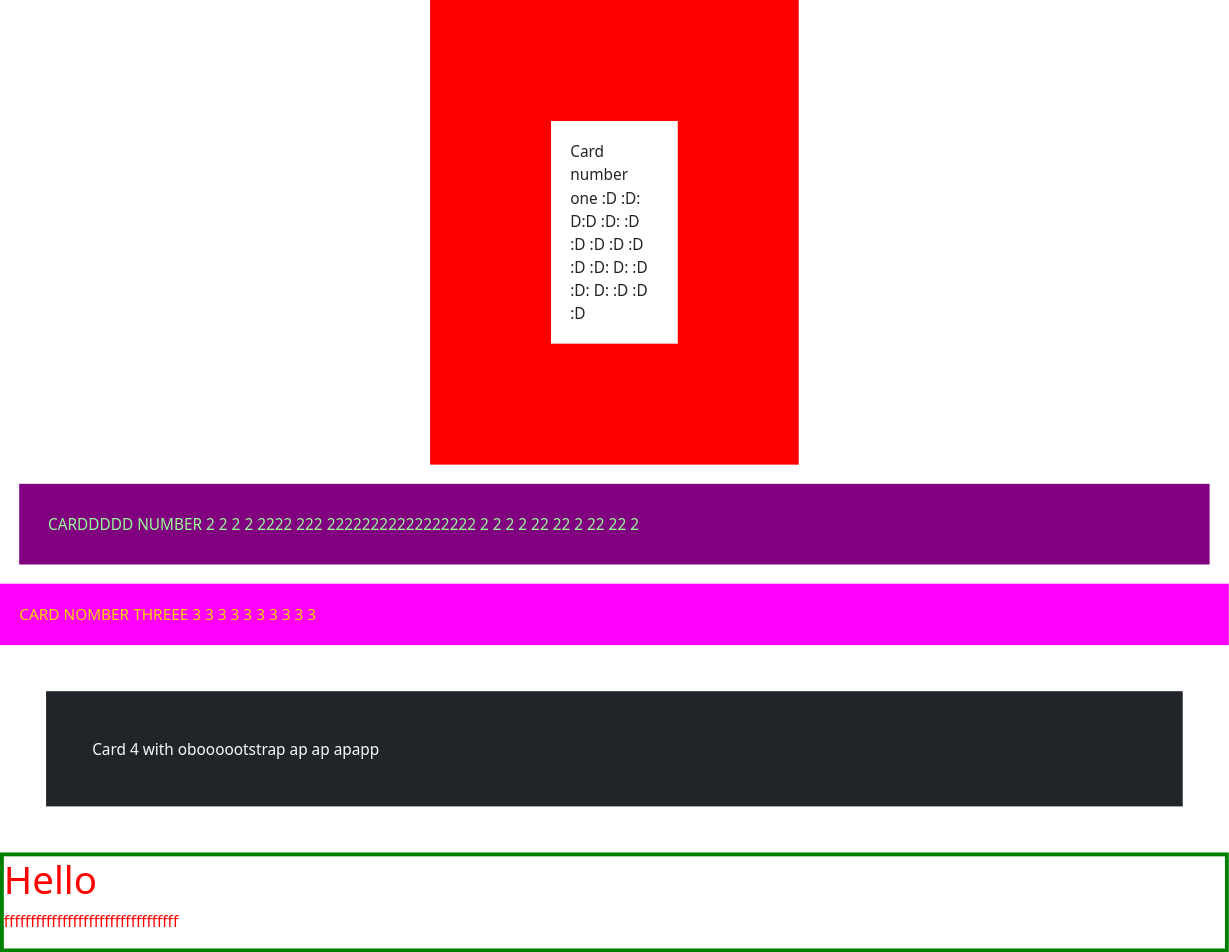
Repository: FbW-E01/spa-react-stylish-cards-gronger
Page: / (app in react-stuff/)
An editor plug-in stored every save of this project. The page is shown before and after the next save, followed by the edit.
The browser window is 1280 px wide. The pictures show the whole page, at 96% of full size.
The project was rebuilt for these pictures with package versions that can differ from the ones it lists, and the page was loaded fresh each time.

Above is the page before, as saved 2021-07-14 14:08:17.

### react-stuff/src/index.js
import React from 'react';
import ReactDOM from 'react-dom';
import './main.scss';
import 'bootstrap/dist/css/bootstrap.min.css';
import styled from 'styled-components';


function CardOneInline() {
  const divStyle = {
    border: '126px solid red',
    margin: 'auto',
    padding: '20px',
    width: '30%',
  }

  return <div style={divStyle}>
    Card number one :D :D: D:D :D: :D :D :D :D :D :D :D: D: :D :D: D: :D :D :D
  </div>
}

function CardTwoClass() {
  let className = 'purpleClass';

  return <div className={className}>
    CARDDDDD NUMBER 2 2 2 2 2222 222 22222222222222222 2 2 2 2 22 22 2 22 22  2
  </div>
}

function CardThreeScssClass() {
  return <div className='class-3'>
    CARD NOMBER THREEE 3 3 3 3 3 3 3 3 3 3
  </div>
}

function CardFourBootstrap() {
  return <div className="p-5 m-5 warning bg-dark text-light">
    Card 4 with oboooootstrap ap ap apapp
  </div>
}

const MyDiv = styled.div`
  border: 4px solid green;
  color: red;
`;

ReactDOM.render(
  <div className="wrapper">
    <CardOneInline />
    <CardTwoClass />
    <CardThreeScssClass />
    <CardFourBootstrap />
    <MyDiv><h1>Hello</h1>
    <p>fffffffffffffffffffffffffffffffff</p></MyDiv>
  </div>

  , document.getElementById('root')
);

### react-stuff/src/main.scss
.wrapper {
    .class-3 {
        background-color: fuchsia;
        color: gold;
        font-family: 'Segoe UI', Tahoma, Geneva, Verdana, sans-serif;
        margin: auto;
        padding: 20px;
    }
    .purpleClass {
        color: palegreen;
        background-color: purple;
        padding: 30px;
        margin: 20px;
    }
}

Loaded but not shown: react-stuff/public/index.html (common file)

After the next save:
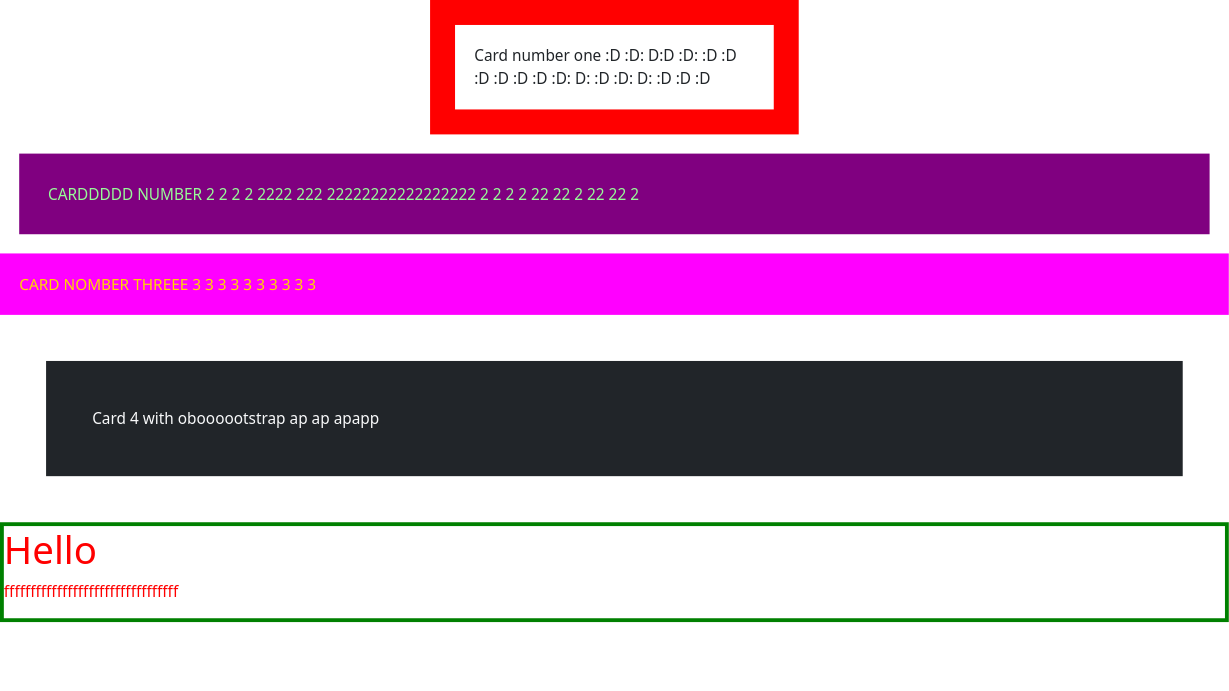
Saved 4 s later.
--- a/react-stuff/src/index.js
+++ b/react-stuff/src/index.js
@@ -7,7 +7,7 @@ import styled from 'styled-components';
 
 function CardOneInline() {
   const divStyle = {
-    border: '126px solid red',
+    border: '26px solid red',
     margin: 'auto',
     padding: '20px',
     width: '30%',
